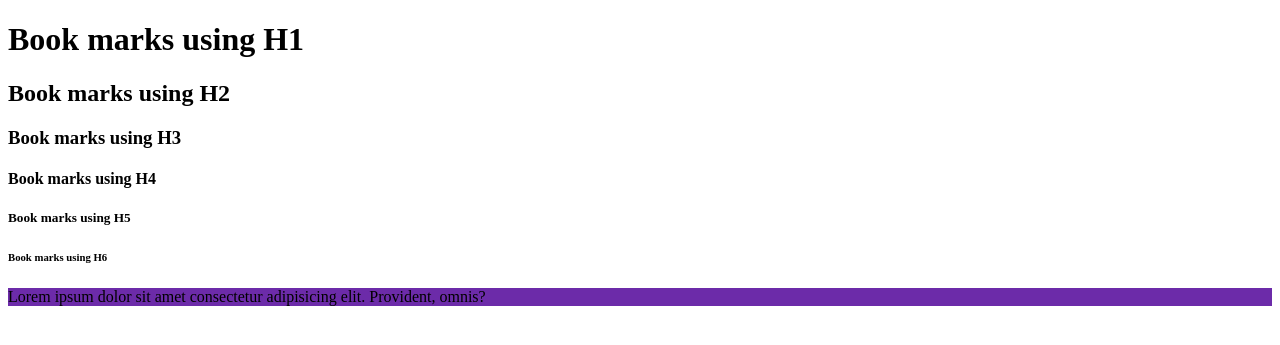
Repository: Mohan2347/Project-2
Page: 2.html
An editor plug-in stored every save of this project. The page is shown before and after the next save, followed by the edit.
The browser window is 1280 px wide. The pictures show the whole page.

Above is the page before, as saved 2024-11-02 20:38:27.

### 2.html
<!DOCTYPE html>
<html lang="en">
<head>
    <meta charset="UTF-8">
    <meta name="viewport" content="width=device-width, initial-scale=1.0">
    <title>MyBookmarks-Mohan</title>
</head>
<body>
    <h1>Book marks using H1</h1>
    <h2>Book marks using H2</h2>
    <h3>Book marks using H3</h3>
    <h4>Book marks using H4</h4>
    <h5>Book marks using H5</h5>
    <h6>Book marks using H6</h6>

    <p style="background-color: rgb(108, 43, 169);">Lorem ipsum dolor sit amet consectetur adipisicing elit. Provident, omnis?</p>
</body>
</html>

After the next save:
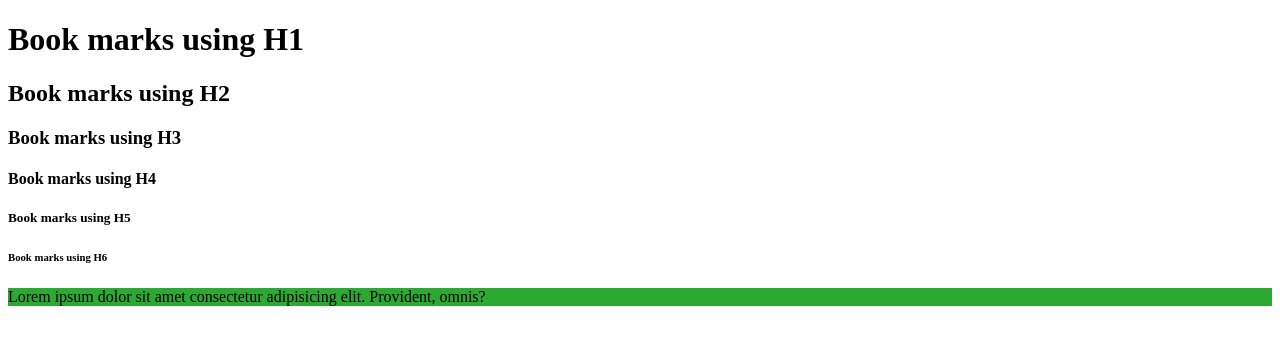
Saved 10 s later.
--- a/2.html
+++ b/2.html
@@ -13,6 +13,6 @@
     <h5>Book marks using H5</h5>
     <h6>Book marks using H6</h6>
 
-    <p style="background-color: rgb(108, 43, 169);">Lorem ipsum dolor sit amet consectetur adipisicing elit. Provident, omnis?</p>
+    <p style="background-color: rgb(43, 169, 51);">Lorem ipsum dolor sit amet consectetur adipisicing elit. Provident, omnis?</p>
 </body>
 </html>
